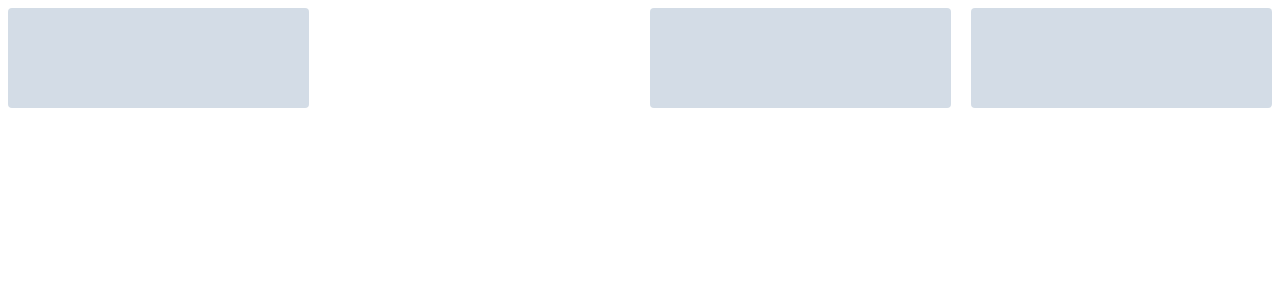
Repository: lagezhou888/element-vue2
Page: /#/button
An editor plug-in stored every save of this project. The page is shown before and after the next save, followed by the edit.
The browser window is 1280 px wide. The page is 1282 px wide, then 1280 px, then 1282 px, so the pictures cover 1282 px, including what lies to the right of the window. The pictures show the whole page.
The project was rebuilt for these pictures with package versions that can differ from the ones it lists, and the page was loaded fresh each time. Also part of the build but not shown: src/components/HelloWorld.vue, src/views/Home.vue.

Above is the page before, as saved 2021-05-13 11:10:25.

### src/main.js
import Vue from 'vue'
import ElementUI from 'element-ui'
import 'element-ui/lib/theme-chalk/index.css'
import App from './App.vue'

// fade/zoom 等
import 'element-ui/lib/theme-chalk/base.css'
// collapse 展开折叠
import CollapseTransition from 'element-ui/lib/transitions/collapse-transition'

import router from './router'
import store from './store'
import '@/plugins/element.js'

Vue.component(CollapseTransition.name, CollapseTransition)
Vue.use(ElementUI, { size: 'small', zIndex: 3000 })
Vue.use(ElementUI)
Vue.config.productionTip = false

new Vue({
  router,
  store,
  render: h => h(App)
}).$mount('#app')

### src/App.vue
<template>
  <div id="app">
    <!-- <div id="nav">
      <router-link to="/">Home</router-link> |
      <router-link to="/about">About</router-link>
    </div> -->
    <router-view/>
  </div>
</template>

<style lang="less">
#app {
  font-family: Avenir, Helvetica, Arial, sans-serif;
  -webkit-font-smoothing: antialiased;
  -moz-osx-font-smoothing: grayscale;
  text-align: center;
  color: #2c3e50;
}

#nav {
  padding: 30px;

  a {
    font-weight: bold;
    color: #2c3e50;

    &.router-link-exact-active {
      color: #42b983;
    }
  }
}
</style>

### src/router/index.js
import Vue from 'vue'
import VueRouter from 'vue-router'
import Home from '../views/Home.vue'

Vue.use(VueRouter)

const routes = [
  {
    path: '/',
    name: 'Home',
    component: Home
  },
  {
    path: '/about',
    name: 'About',
    // route level code-splitting
    // this generates a separate chunk (about.[hash].js) for this route
    // which is lazy-loaded when the route is visited.
    component: () => import(/* webpackChunkName: "about" */ '../views/About.vue')
  },
  {
    path: '/button',
    name: 'button',
    component: () => import('../views/components/use-button.vue')
  }
]

const router = new VueRouter({
  routes
})

export default router

### src/plugins/element.js
import Vue from 'vue'
import {
  Pagination,
  Dialog,
  Autocomplete,
  Dropdown,
  DropdownMenu,
  DropdownItem,
  Menu,
  Submenu,
  MenuItem,
  MenuItemGroup,
  Input,
  InputNumber,
  Radio,
  RadioGroup,
  RadioButton,
  Checkbox,
  CheckboxButton,
  CheckboxGroup,
  Switch,
  Select,
  Option,
  OptionGroup,
  Button,
  ButtonGroup,
  Table,
  TableColumn,
  DatePicker,
  TimeSelect,
  TimePicker,
  Popover,
  Tooltip,
  Breadcrumb,
  BreadcrumbItem,
  Form,
  FormItem,
  Tabs,
  TabPane,
  Tag,
  Tree,
  Alert,
  Slider,
  Icon,
  Row,
  Col,
  Upload,
  Progress,
  Spinner,
  Badge,
  Card,
  Rate,
  Steps,
  Step,
  Carousel,
  CarouselItem,
  Collapse,
  CollapseItem,
  Cascader,
  ColorPicker,
  Transfer,
  Container,
  Header,
  Aside,
  Main,
  Footer,
  Timeline,
  TimelineItem,
  Link,
  Divider,
  Image,
  Calendar,
  Backtop,
  PageHeader,
  CascaderPanel,
  Loading,
  MessageBox,
  Message,
  Notification
} from 'element-ui'

Vue.use(Pagination)
Vue.use(Dialog)
Vue.use(Autocomplete)
Vue.use(Dropdown)
Vue.use(DropdownMenu)
Vue.use(DropdownItem)
Vue.use(Menu)
Vue.use(Submenu)
Vue.use(MenuItem)
Vue.use(MenuItemGroup)
Vue.use(Input)
Vue.use(InputNumber)
Vue.use(Radio)
Vue.use(RadioGroup)
Vue.use(RadioButton)
Vue.use(Checkbox)
Vue.use(CheckboxButton)
Vue.use(CheckboxGroup)
Vue.use(Switch)
Vue.use(Select)
Vue.use(Option)
Vue.use(OptionGroup)
Vue.use(Button)
Vue.use(ButtonGroup)
Vue.use(Table)
Vue.use(TableColumn)
Vue.use(DatePicker)
Vue.use(TimeSelect)
Vue.use(TimePicker)
Vue.use(Popover)
Vue.use(Tooltip)
Vue.use(Breadcrumb)
Vue.use(BreadcrumbItem)
Vue.use(Form)
Vue.use(FormItem)
Vue.use(Tabs)
Vue.use(TabPane)
Vue.use(Tag)
Vue.use(Tree)
Vue.use(Alert)
Vue.use(Slider)
Vue.use(Icon)
Vue.use(Row)
Vue.use(Col)
Vue.use(Upload)
Vue.use(Progress)
Vue.use(Spinner)
Vue.use(Badge)
Vue.use(Card)
Vue.use(Rate)
Vue.use(Steps)
Vue.use(Step)
Vue.use(Carousel)
Vue.use(CarouselItem)
Vue.use(Collapse)
Vue.use(CollapseItem)
Vue.use(Cascader)
Vue.use(ColorPicker)
Vue.use(Transfer)
Vue.use(Container)
Vue.use(Header)
Vue.use(Aside)
Vue.use(Main)
Vue.use(Footer)
Vue.use(Timeline)
Vue.use(TimelineItem)
Vue.use(Link)
Vue.use(Divider)
Vue.use(Image)
Vue.use(Calendar)
Vue.use(Backtop)
Vue.use(PageHeader)
Vue.use(CascaderPanel)

Vue.use(Loading.directive)

Vue.prototype.$loading = Loading.service
Vue.prototype.$msgbox = MessageBox
Vue.prototype.$alert = MessageBox.alert
Vue.prototype.$confirm = MessageBox.confirm
Vue.prototype.$prompt = MessageBox.prompt
Vue.prototype.$notify = Notification
Vue.prototype.$message = Message

### src/views/components/use-button.vue
<template>
  <div>
    <el-row :gutter="20" tag="测试1" type="flex" align="moddle" justify="start">
      <el-col :span="6"><div class="grid-content bg-purple"></div></el-col>
      <el-col :span="6"><div class="kong">&nbsp;</div></el-col>
      <el-col :span="6"><div class="grid-content bg-purple"></div></el-col>
      <el-col :span="6"><div class="grid-content bg-purple"></div></el-col>
    </el-row>
  </div>
</template>

<script>
export default ({

})
</script>

<style lang="less" scoped>
  @minH: 100px;
  .bg-purple {
    background: #d3dce6;
  }
  .grid-content {
    border-radius: 4px;
    min-height: @minH;
  }
  .kong {
    min-height: 1px;
  }
</style>

Loaded but not shown: public/index.html (common file); src/store/index.js (common file)

After the next save:
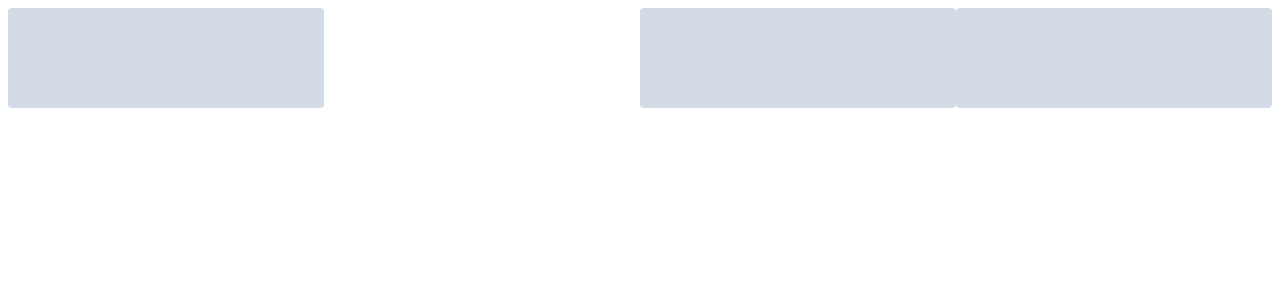
Saved 7 s later.
--- a/src/views/components/use-button.vue
+++ b/src/views/components/use-button.vue
@@ -1,6 +1,6 @@
 <template>
   <div>
-    <el-row :gutter="20" tag="测试1" type="flex" align="moddle" justify="start">
+    <el-row tag="测试1" type="flex" align="moddle" justify="start">
       <el-col :span="6"><div class="grid-content bg-purple"></div></el-col>
       <el-col :span="6"><div class="kong">&nbsp;</div></el-col>
       <el-col :span="6"><div class="grid-content bg-purple"></div></el-col>

After the save that followed:
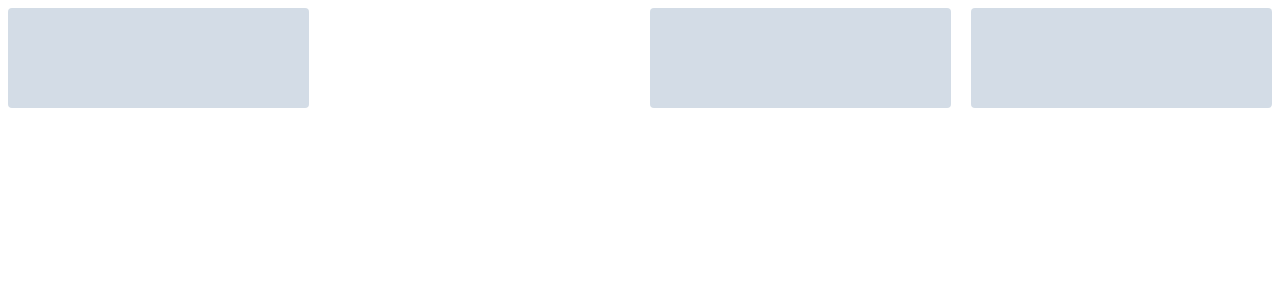
Saved 5 s later.
--- a/src/views/components/use-button.vue
+++ b/src/views/components/use-button.vue
@@ -1,6 +1,6 @@
 <template>
   <div>
-    <el-row tag="测试1" type="flex" align="moddle" justify="start">
+    <el-row :gutter="20" tag="测试1" type="flex" align="moddle" justify="start">
       <el-col :span="6"><div class="grid-content bg-purple"></div></el-col>
       <el-col :span="6"><div class="kong">&nbsp;</div></el-col>
       <el-col :span="6"><div class="grid-content bg-purple"></div></el-col>
